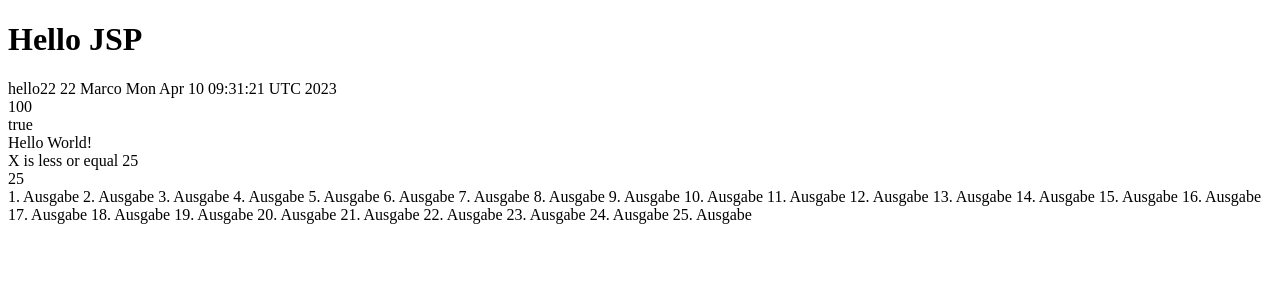
Repository: marcoscheuerer/Java_Enterprise
Page: http://localhost/S01L05_Hello_JSP/HelloJSP.jsp
These files come from the project's save history. The page is drawn as it stood at one moment and after the next save; the edit follows.
The browser window is 1280 px wide. The pictures show the whole page.
The page is served by Tomcat 9.

Above is the page before, as saved 2023-04-10 10:08:01.

After the next save:
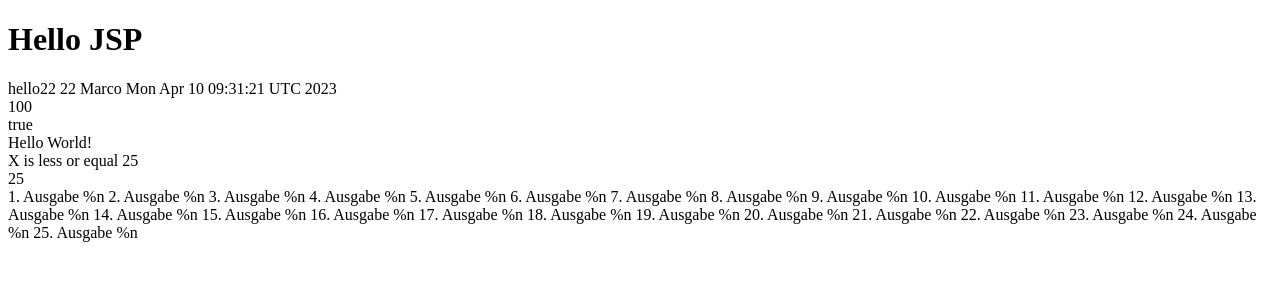
Saved 20 s later.
--- a/S01L05_Hello_JSP/src/main/webapp/HelloJSP.jsp
+++ b/S01L05_Hello_JSP/src/main/webapp/HelloJSP.jsp
@@ -34,7 +34,7 @@
 <br />
 <%
 for (int i = 0; i < 25; i++)
-	out.println((i + 1) + ". Ausgabe");
+	out.println((i + 1) + ". Ausgabe %n");
 %>
 
 </body>

After the save that followed:
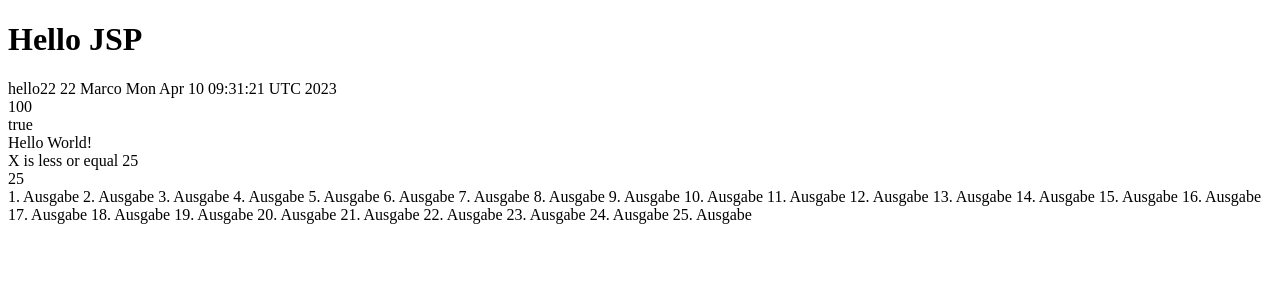
Saved 9 s later.
--- a/S01L05_Hello_JSP/src/main/webapp/HelloJSP.jsp
+++ b/S01L05_Hello_JSP/src/main/webapp/HelloJSP.jsp
@@ -34,7 +34,7 @@
 <br />
 <%
 for (int i = 0; i < 25; i++)
-	out.println((i + 1) + ". Ausgabe %n");
+	out.println((i + 1) + ". Ausgabe \n");
 %>
 
 </body>
